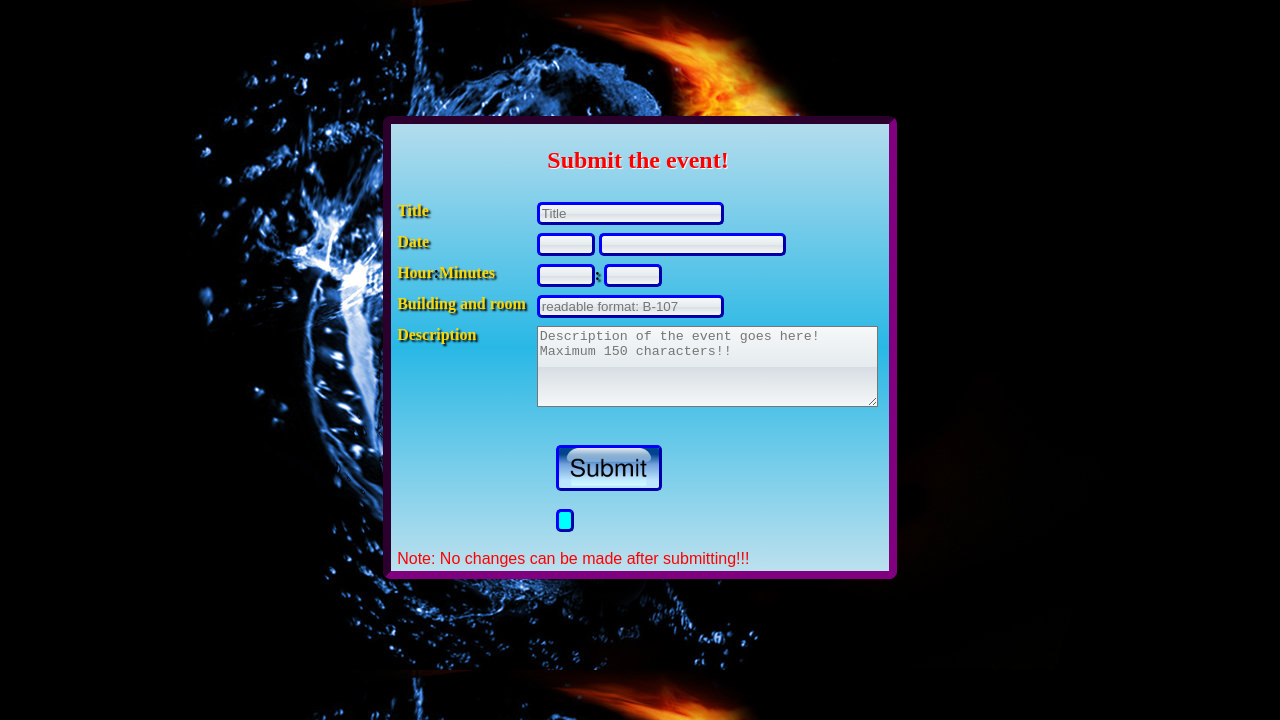
Repository: Albocoder/Event-handler
Page: loginBrain/WebContent/loginAccepted.html
The author's editor kept a copy of each file at every save. The page is drawn from the files as they stood at one save, then again after the next save.
The browser window is 1280 px wide. The pictures show the whole page.

Above is the page before, as saved 2015-08-11 13:33:35.

### loginBrain/WebContent/loginAccepted.html
<!DOCTYPE html>
<html>
<head>
<title>Submit event</title>
<style type="text/css">
select{
	color: yellow;
	background-color: blue;
	font-weight: bold;
}
select option{
	color: black;
	background: yellow;
}
	table {
			color: gold;
 			font-weight: bold;
			text-shadow: 2px 2px 2px black;
			border:8px inset purple;
			border-radius: 8px;
background: rgba(179,220,237,1);
background: -moz-linear-gradient(top, rgba(179,220,237,1) 0%, rgba(41,184,229,1) 50%, rgba(188,224,238,1) 100%);
background: -webkit-gradient(left top, left bottom, color-stop(0%, rgba(179,220,237,1)), color-stop(50%, rgba(41,184,229,1)), color-stop(100%, rgba(188,224,238,1)));
background: -webkit-linear-gradient(top, rgba(179,220,237,1) 0%, rgba(41,184,229,1) 50%, rgba(188,224,238,1) 100%);
background: -o-linear-gradient(top, rgba(179,220,237,1) 0%, rgba(41,184,229,1) 50%, rgba(188,224,238,1) 100%);
background: -ms-linear-gradient(top, rgba(179,220,237,1) 0%, rgba(41,184,229,1) 50%, rgba(188,224,238,1) 100%);
background: linear-gradient(to bottom, rgba(179,220,237,1) 0%, rgba(41,184,229,1) 50%, rgba(188,224,238,1) 100%);
filter: progid:DXImageTransform.Microsoft.gradient( startColorstr='#b3dced', endColorstr='#bce0ee', GradientType=0 );
}
body {
	background-image:url('wallpaper.jpg');
}

input.input{
	margin-left: 159px;
	background: cyan;
	margin-bottom: 10px;
}
th{
	color:red;
	text-shadow: 1px 1px 1px white;
}
th:hover{
	color: green;
}
input{
	border: 3px outset blue;
	border-radius: 5px;
	color: black;
	background: rgb(246,248,249); /* Old browsers */
	background: -moz-linear-gradient(top,  rgba(246,248,249,1) 0%, rgba(229,235,238,1) 50%, rgba(215,222,227,1) 51%, rgba(245,247,249,1) 100%); /* FF3.6+ */
	background: -webkit-gradient(linear, left top, left bottom, color-stop(0%,rgba(246,248,249,1)), color-stop(50%,rgba(229,235,238,1)), color-stop(51%,rgba(215,222,227,1)), color-stop(100%,rgba(245,247,249,1))); /* Chrome,Safari4+ */
	background: -webkit-linear-gradient(top,  rgba(246,248,249,1) 0%,rgba(229,235,238,1) 50%,rgba(215,222,227,1) 51%,rgba(245,247,249,1) 100%); /* Chrome10+,Safari5.1+ */
	background: -o-linear-gradient(top,  rgba(246,248,249,1) 0%,rgba(229,235,238,1) 50%,rgba(215,222,227,1) 51%,rgba(245,247,249,1) 100%); /* Opera 11.10+ */
	background: -ms-linear-gradient(top,  rgba(246,248,249,1) 0%,rgba(229,235,238,1) 50%,rgba(215,222,227,1) 51%,rgba(245,247,249,1) 100%); /* IE10+ */
	background: linear-gradient(to bottom,  rgba(246,248,249,1) 0%,rgba(229,235,238,1) 50%,rgba(215,222,227,1) 51%,rgba(245,247,249,1) 100%); /* W3C */
	filter: progid:DXImageTransform.Microsoft.gradient( startColorstr='#f6f8f9', endColorstr='#f5f7f9',GradientType=0 ); /* IE6-9 */

}
textarea{
background: rgb(246,248,249); /* Old browsers */
	background: -moz-linear-gradient(top,  rgba(246,248,249,1) 0%, rgba(229,235,238,1) 50%, rgba(215,222,227,1) 51%, rgba(245,247,249,1) 100%); /* FF3.6+ */
	background: -webkit-gradient(linear, left top, left bottom, color-stop(0%,rgba(246,248,249,1)), color-stop(50%,rgba(229,235,238,1)), color-stop(51%,rgba(215,222,227,1)), color-stop(100%,rgba(245,247,249,1))); /* Chrome,Safari4+ */
	background: -webkit-linear-gradient(top,  rgba(246,248,249,1) 0%,rgba(229,235,238,1) 50%,rgba(215,222,227,1) 51%,rgba(245,247,249,1) 100%); /* Chrome10+,Safari5.1+ */
	background: -o-linear-gradient(top,  rgba(246,248,249,1) 0%,rgba(229,235,238,1) 50%,rgba(215,222,227,1) 51%,rgba(245,247,249,1) 100%); /* Opera 11.10+ */
	background: -ms-linear-gradient(top,  rgba(246,248,249,1) 0%,rgba(229,235,238,1) 50%,rgba(215,222,227,1) 51%,rgba(245,247,249,1) 100%); /* IE10+ */
	background: linear-gradient(to bottom,  rgba(246,248,249,1) 0%,rgba(229,235,238,1) 50%,rgba(215,222,227,1) 51%,rgba(245,247,249,1) 100%); /* W3C */
	filter: progid:DXImageTransform.Microsoft.gradient( startColorstr='#f6f8f9', endColorstr='#f5f7f9',GradientType=0 ); /* IE6-9 */

}
tr td{
	position: relative;
	padding-right: 5px;
	padding-left: 4px;
	padding-top: 5px;
	vertical-align: top;
}
tr.disclaimer{
	font-weight: normal;
	color: red;
	font-family: arial;
	text-shadow: none;
}
</style>
</head>
<body>
<center>
<table>
<br>
<br>
<form method="POST" action="Submitter"> <!-- this will be a form and action taken will be when clicking the image.-->
<th colspan="2"><h2>Submit the event!</2><th>
<tr><td>Title</td><td><input name="title" type="text" placeholder="Title"/></td></tr>
<tr><td>Date</td><td>
<input type="number" name="day" min="1" max="31">
<input list="months" name="month">
<datalist id="months">
  <option value="1">Jan
  <option value="2">Feb
  <option value="3">Mar
  <option value="4">Apr
  <option value="5">May
  <option value="6">Jun
  <option value="7">Jul
  <option value="8">Aug
  <option value="9">Sep
  <option value="10">Oct
  <option value="11">Nov
  <option value="12">Dec
</datalist>
</td></tr>
<tr><td>Hour<b style="color:black;">:</b>Minutes</td><td><input type="number" name="hour" min="0" max="24"><b style="color:black;">:</b>
<input type="number" name="minutes" min="0" max="60">
</td></tr>
<tr><td>Building and room</td><td><input name="place" type="text" placeholder="readable format: B-107"/></td></tr>
<br><br><br><br>
<tr><td>Description</td><td><textarea name="desc" rows="5" cols="40" placeholder="Description of the event goes here! Maximum 150 characters!!" maxlength="150" /></textarea></td></tr>
<tr>
<td colspan = "2">
</tr>
<tr><td colspan="2">
<br>
<input class="input" type="image" src="submit.png" alt="submit" align="center" width="100" height="40">
</td>
</tr>
</form>
<tr><td colspan="2"><form method="GET" action="Submitter"><input class="input" type="button" alt="LogOut" align="center" width="60" height="30" /></form></td></tr>
<tr class="disclaimer" ><td colspan="2">Note: No changes can be made after submitting!!!</td></tr>
</table>
</center>
</body>
</html>

After the next save:
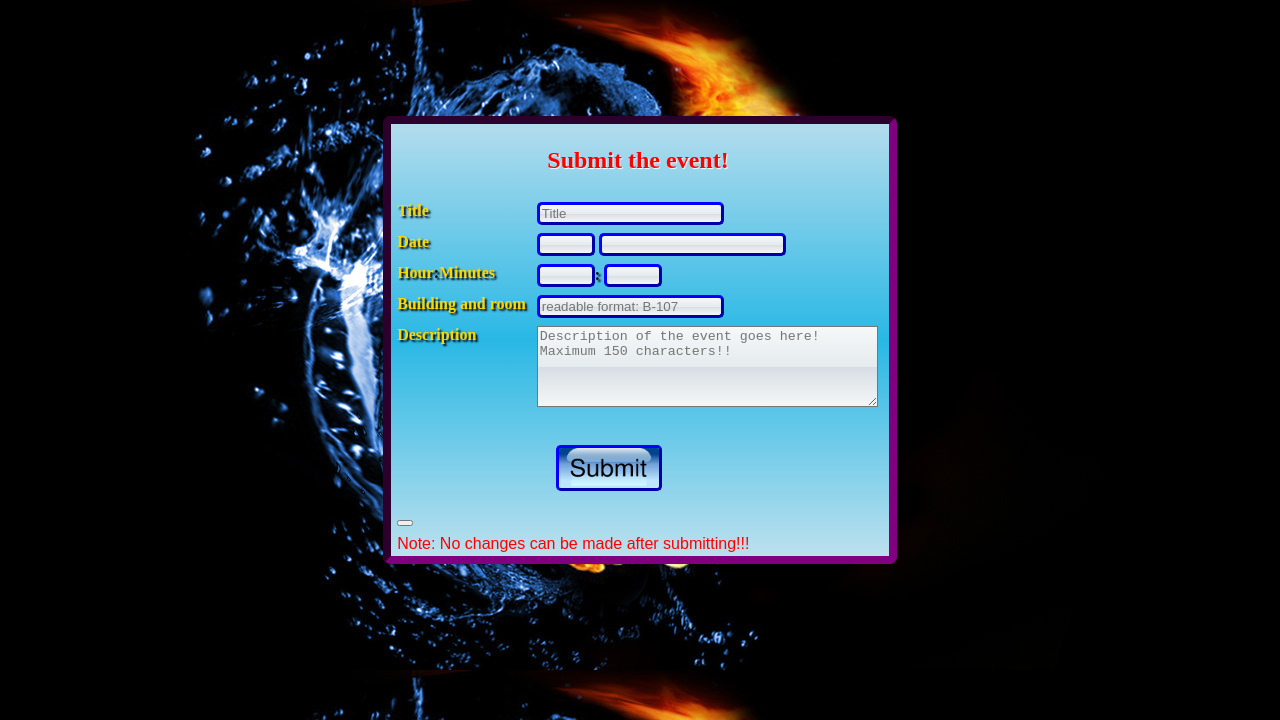
Saved 49 s later.
--- a/loginBrain/WebContent/loginAccepted.html
+++ b/loginBrain/WebContent/loginAccepted.html
@@ -124,7 +124,7 @@ tr.disclaimer{
 </td>
 </tr>
 </form>
-<tr><td colspan="2"><form method="GET" action="Submitter"><input class="input" type="button" alt="LogOut" align="center" width="60" height="30" /></form></td></tr>
+<tr><td colspan="2"><button class="input" alt="LogOut" align="center" width="60" height="30" /></td></tr>
 <tr class="disclaimer" ><td colspan="2">Note: No changes can be made after submitting!!!</td></tr>
 </table>
 </center>
